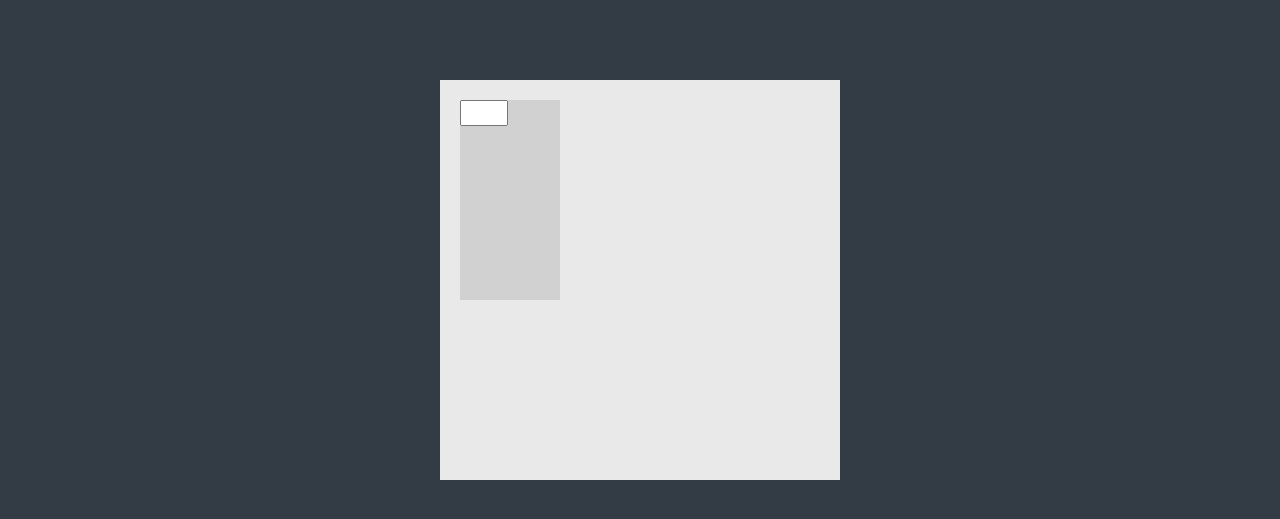
Repository: piookr-wsei/8086
Page: /
The author's editor kept a copy of each file at every save. The page is drawn from the files as they stood at one save, then again after the next save.
The browser window is 1280 px wide. The pictures show the whole page.
The project was rebuilt for these pictures with package versions that can differ from the ones it lists, and the page was loaded fresh each time.

Above is the page before, as saved 2022-06-17 00:02:11.

After the next save:
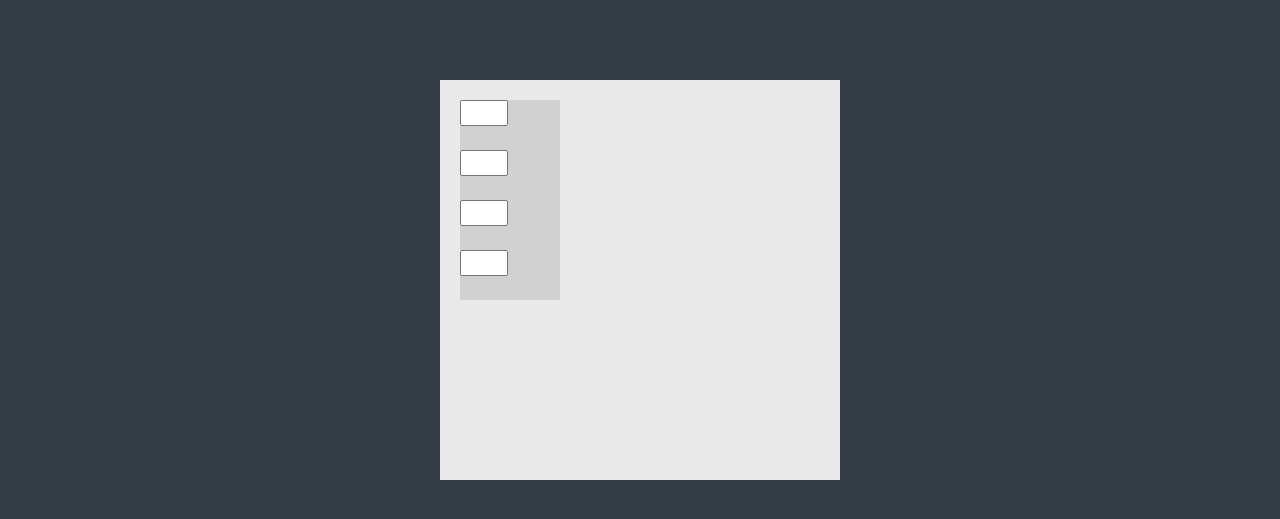
Saved 15 s later.
--- a/src/App.js
+++ b/src/App.js
@@ -8,7 +8,8 @@ function App() {
       <UiWindow>
         <UiWrapper>
           <RegWrapper>
-            <RegInput></RegInput>
+            <RegInput/><RegInput/>
+            <RegInput/><RegInput/>
           </RegWrapper>
 
         </UiWrapper>
